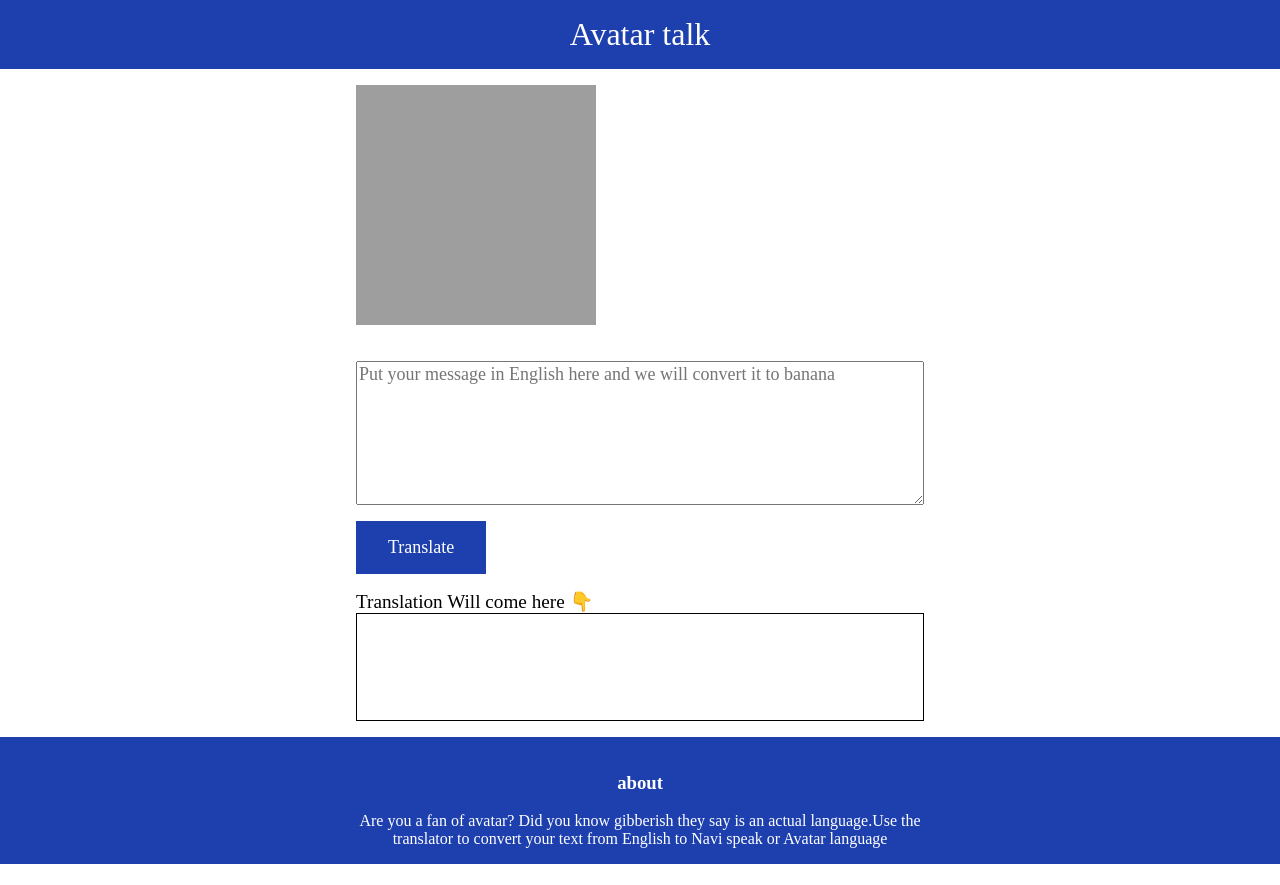
Repository: sohan2503001/Avator-speak
Page: index.html
The author's editor kept a copy of each file at every save. The page is drawn from the files as they stood at one save, then again after a run of saves.
The browser window is 1280 px wide. The pictures show the whole page.
Pictures or frames that could not be fetched are drawn as grey boxes.

Above is the page before, as saved 2021-04-21 13:14:04.

After the next 2 saves:
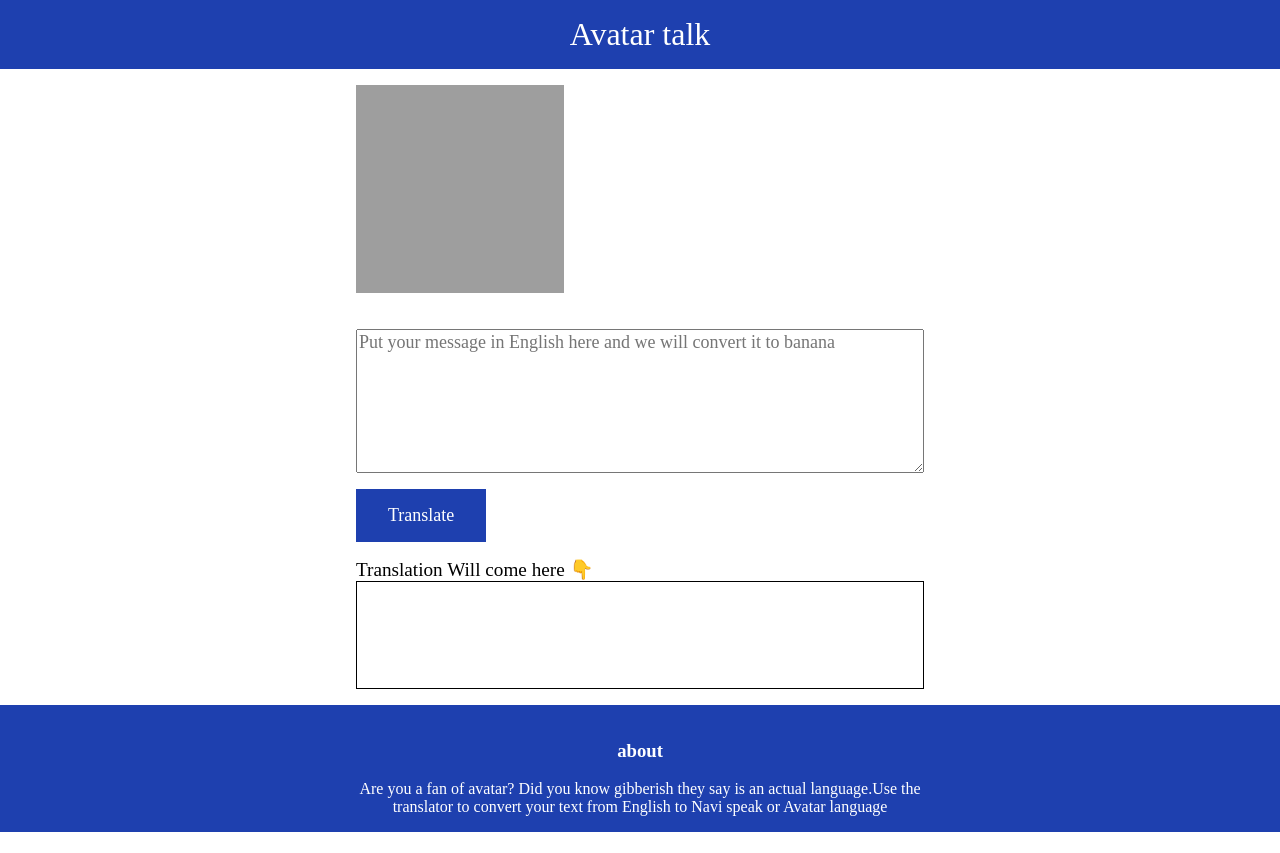
The 2 saves are shown as one change because they came seconds apart.
The last was saved 12 s later.
--- a/style.css
+++ b/style.css
@@ -36,9 +36,9 @@
 }
 
 img{
-    height: 15rem;
-    width: 15rem;
-    text-align: center;
+    height: 13rem;
+    width: 13rem;
+
 }
 
 textarea{
